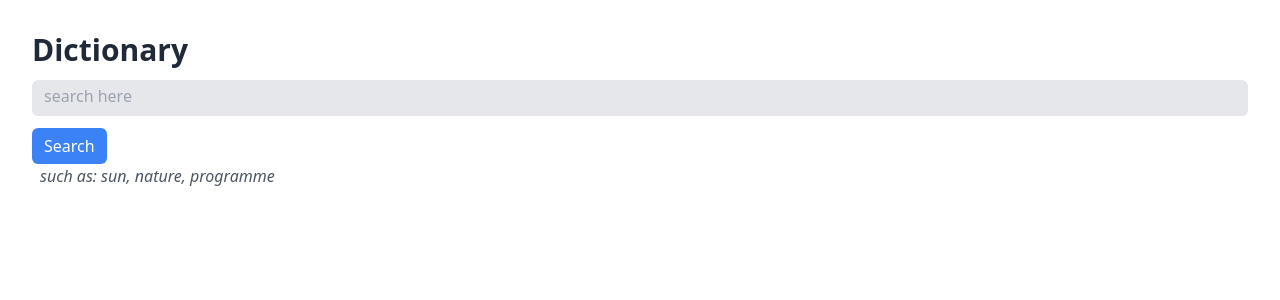
Repository: imokha01/dictionary-app
Page: /
These files come from the project's save history. The page is drawn as it stood at one moment and after the next save; the edit follows.
The browser window is 1280 px wide. The pictures show the whole page.
The project was rebuilt for these pictures with package versions that can differ from the ones it lists, and the page was loaded fresh each time. Also part of the build but not shown: vite.config.js, src/App.css.

Above is the page before, as saved 2024-02-19 11:00:26.

After the next save:
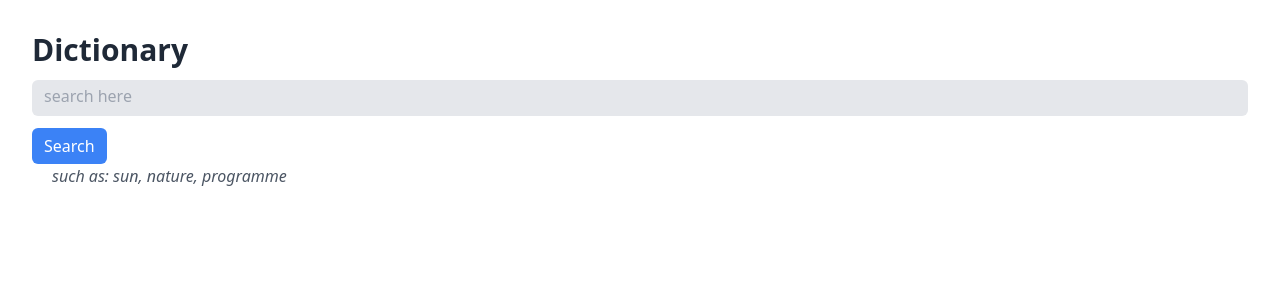
Saved 6 s later.
--- a/src/pages/Home.jsx
+++ b/src/pages/Home.jsx
@@ -7,7 +7,7 @@ const Home = () => {
                 <div className="flex flex-col">
                     <input className="bg-gray-200 rounded-md h-9 pl-3 pb-1 mb-3" type="text" placeholder="search here" />
                     <button className="bg-blue-500 text-white rounded-md px-3 py-1.5 w-fit">Search</button>
-                    <i className="text-gray-600 pl-2">such as: sun, nature, programme</i>
+                    <i className="text-gray-600 pl-5">such as: sun, nature, programme</i>
                 </div>
             </div>
         </div>
